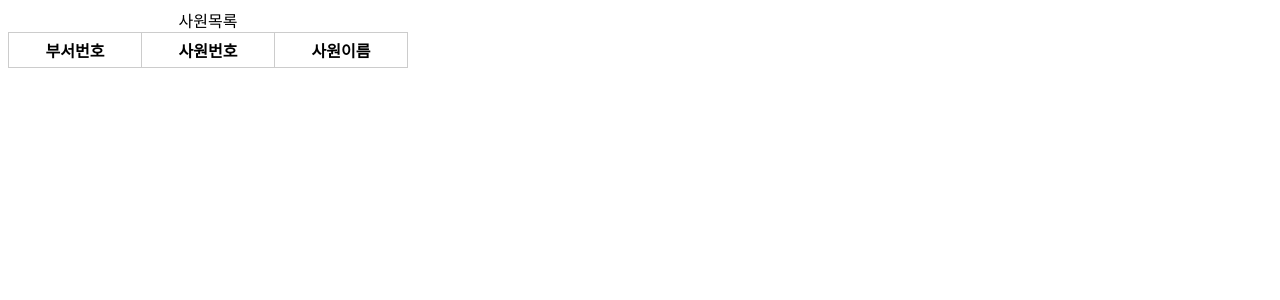
Repository: jjjooosss/-
Page: http://localhost/egov_test_emp/emp/empList.jsp
An editor plug-in stored every save of this project. The page is shown before and after the next save, followed by the edit.
The browser window is 1280 px wide. The pictures show the whole page.
The page is served by Tomcat 9.

Above is the page before, as saved 2023-07-14 05:42:53.

After the next save:
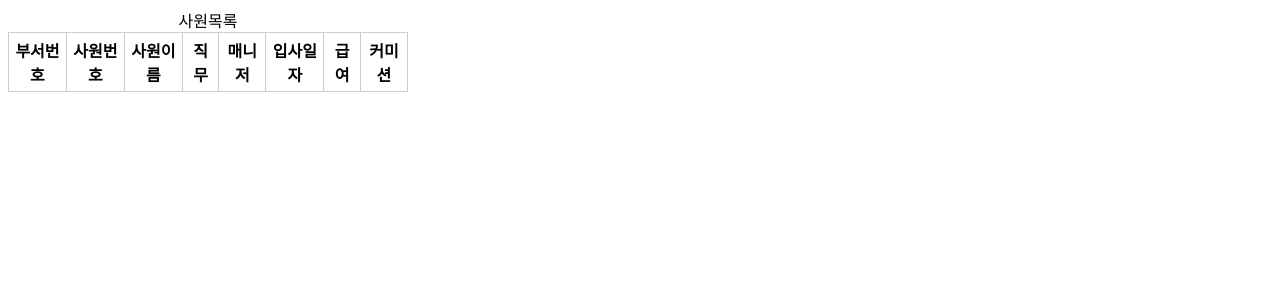
Saved 2 min 48 s later.
--- a/egov_test_emp/src/main/webapp/emp/empList.jsp
+++ b/egov_test_emp/src/main/webapp/emp/empList.jsp
@@ -24,6 +24,11 @@
 			<th>부서번호</th>
 			<th>사원번호</th>
 			<th>사원이름</th>
+			<th>직무</th>
+			<th>매니저</th>
+			<th>입사일자</th>
+			<th>급여</th>
+			<th>커미션</th>
 		</tr>
 		<c:forEach var="result" items="${resultList}" varStatus="status">
             <tr>
@@ -36,7 +41,6 @@
 				<td>${result.hiredate}</td>
 				<td>${result.sal}</td>
 				<td>${result.comm}</td>
-				<td>${result.deptno}</td>
             </tr>
         </c:forEach>
 	</table>
